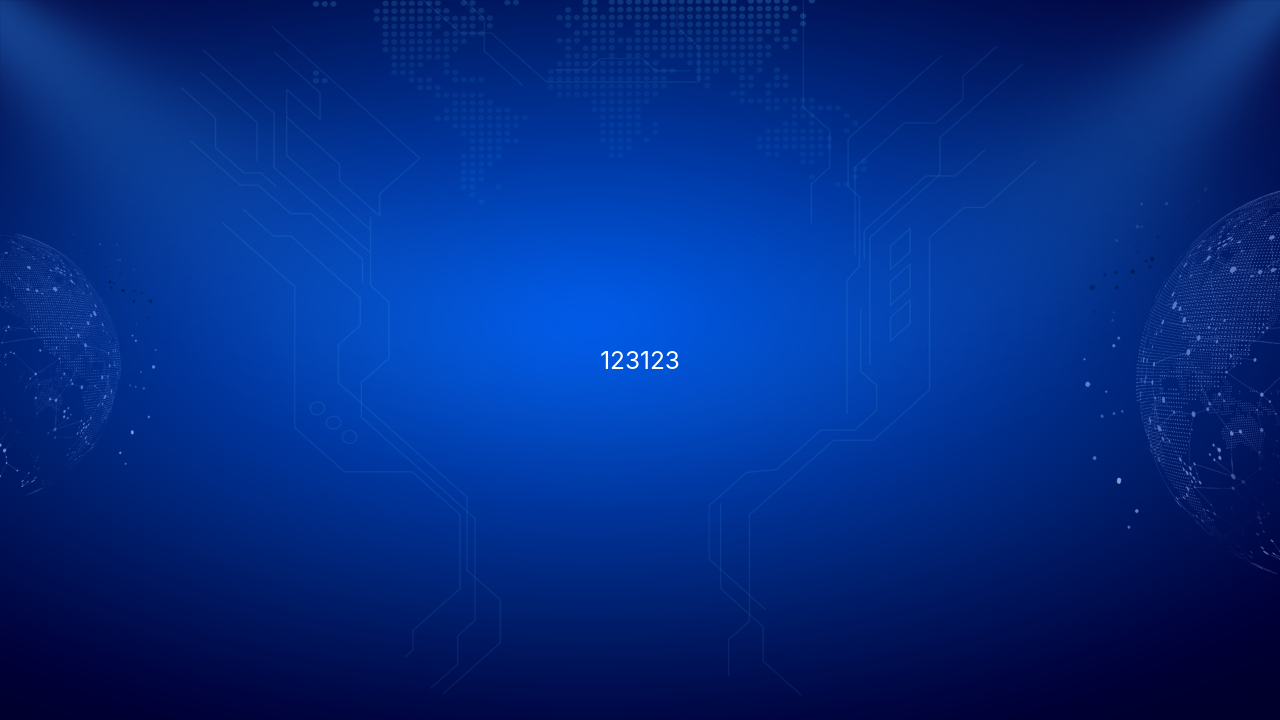
Repository: lizzie7d/smart-traffic
Page: /
An editor plug-in stored every save of this project. The page is shown before and after the next save, followed by the edit.
The browser window is 1280 px wide. The pictures show the whole page.
The project was rebuilt for these pictures with package versions that can differ from the ones it lists, and the page was loaded fresh each time.

Above is the page before, as saved 2023-04-11 16:02:15.

### src/App.js
import "./App.css";
import MainPage from "./pages/main";

function App() {
  return (
    <div className="App">
      <header className="App-header">
        <MainPage />
      </header>
    </div>
  );
}

export default App;

### src/App.css
.App {
  text-align: center;
}


.App-header {
  /* background-color: #282c34; */
  min-height: 100vh;
  display: flex;
  background-image: url(./assets/bg-image.png);
background-repeat: no-repeat;
background-size: 100%;
  flex-direction: column;
  align-items: center;
  justify-content: center;
  font-size: calc(10px + 2vmin);
  color: white;
}

.App-link {
  color: #61dafb;
}

@keyframes App-logo-spin {
  from {
    transform: rotate(0deg);
  }
  to {
    transform: rotate(360deg);
  }
}

### src/pages/main.jsx
import React from 'react';
import './style.css'
const MainPage = () => {
    return (
        <div className="main-container">
            123123
        </div>
    )
}
export default MainPage;

### src/pages/style.css
.main-container{

height: 100%;
width: 100%;
}

Loaded but not shown: public/index.html (common file); src/index.js (common file); src/index.css (common file); src/reportWebVitals.js (common file)

After the next save:
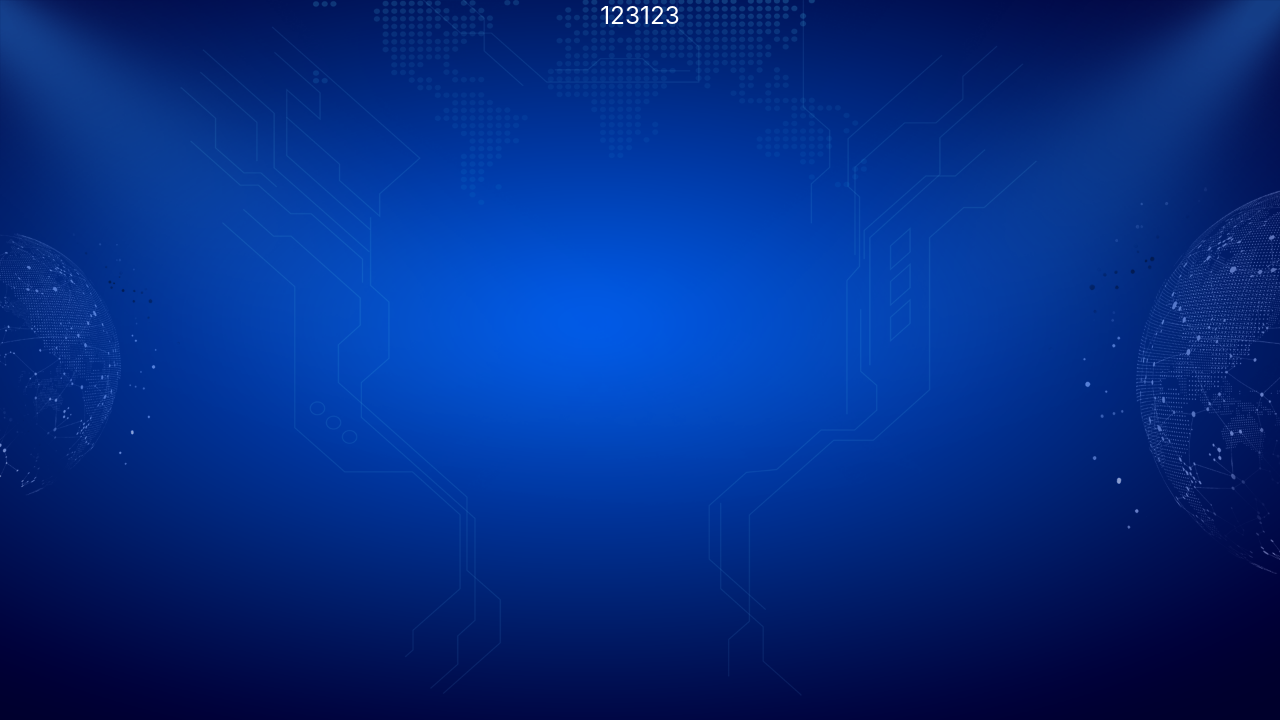
Saved 21 s later.
--- a/src/App.css
+++ b/src/App.css
@@ -11,8 +11,6 @@
 background-repeat: no-repeat;
 background-size: 100%;
   flex-direction: column;
-  align-items: center;
-  justify-content: center;
   font-size: calc(10px + 2vmin);
   color: white;
 }
